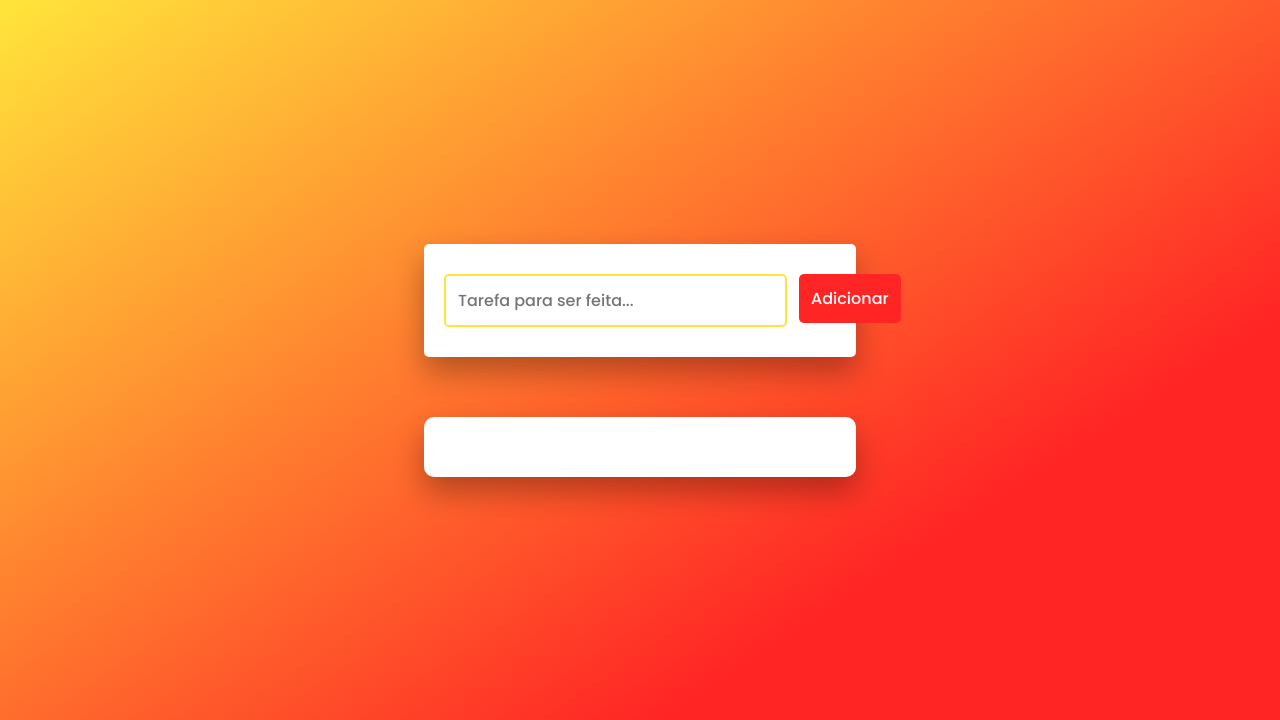
Repository: PetersonAntonyDev/python-flask-
Page: index.html
These files come from the project's save history. The page is drawn as it stood at one moment and after the next save; the edit follows.
The browser window is 1280 px wide. The pictures show the whole page.
Some web libraries are served in a nearby version.

Above is the page before, as saved 2022-07-26 13:54:16.

After the next save:
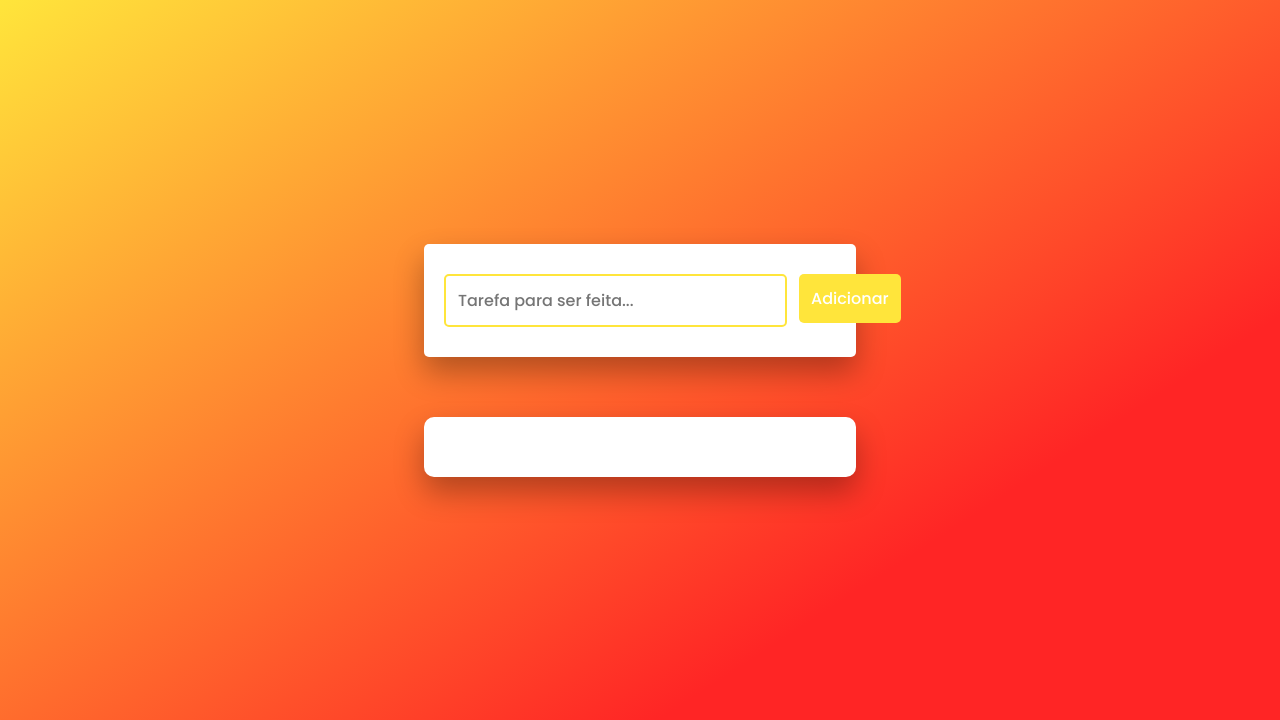
Saved 13 s later.
--- a/style.css
+++ b/style.css
@@ -51,7 +51,7 @@
     height: 100%;
     font-size: 1rem;
     border: none;
-    background-color: #FF2525;
+    background-color: #FFE53B;
     color: #fff;
     padding: 12px;
     margin-left: 12px;
